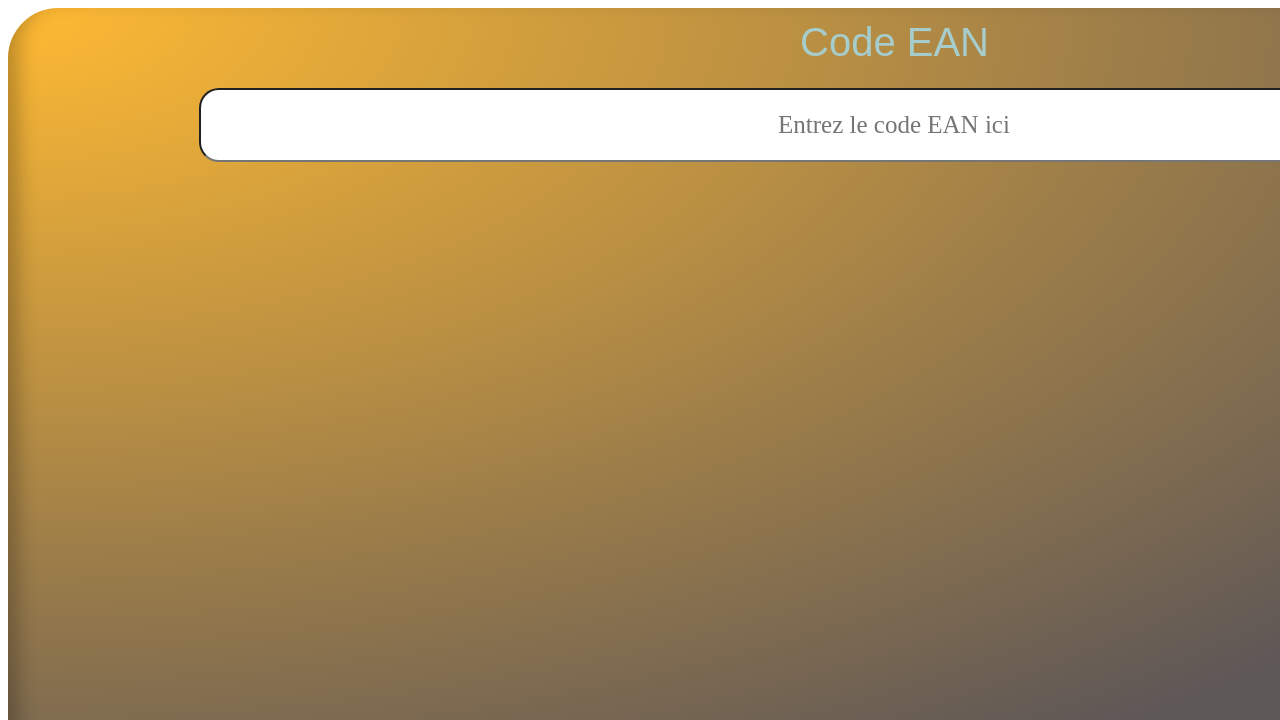
Repository: Zouz01/exo-toucan
Page: index.html
The author's editor kept a copy of each file at every save. The page is drawn from the files as they stood at one save, then again after the next save.
The browser window is 1280 px wide. The pictures show the whole page.

Above is the page before, as saved 2023-09-21 11:29:48.

After the next save:
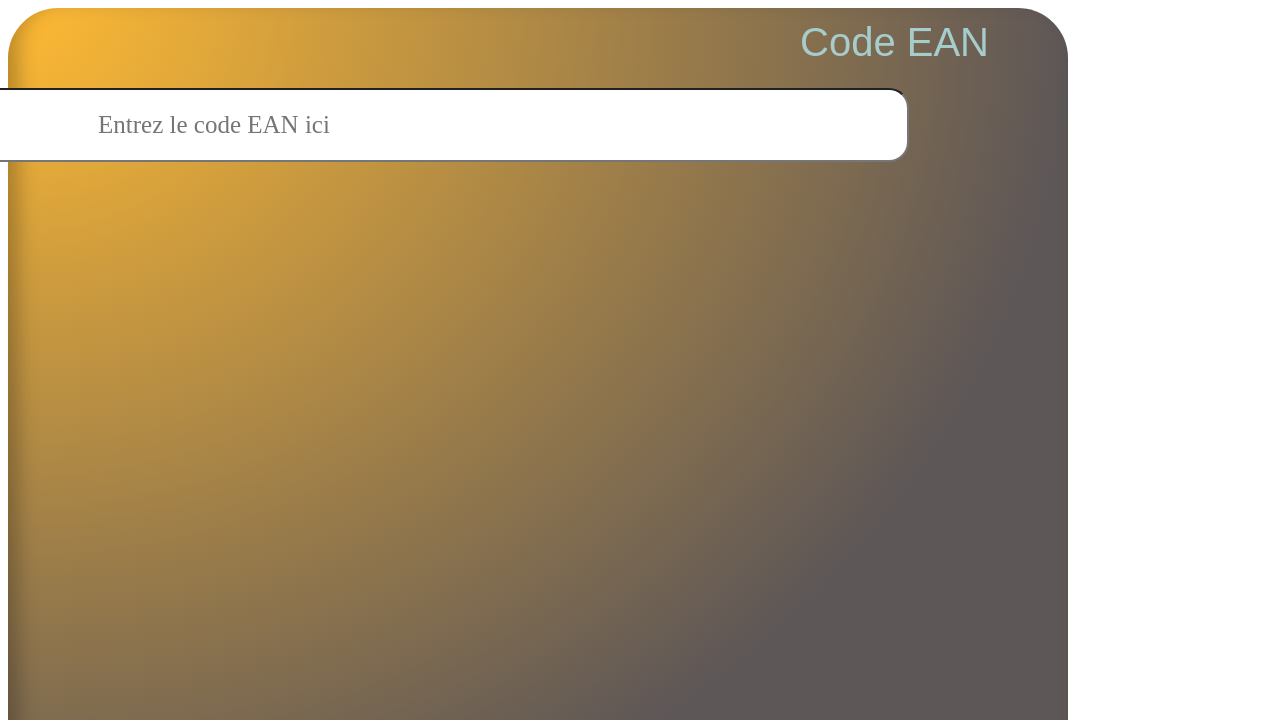
Saved 4 s later.
--- a/main.css
+++ b/main.css
@@ -95,7 +95,7 @@ button[type="submit"] {
 /* styles pour les écrans plus grands */
 @media (min-width: 900px) {
      .container {
-        width: 1860px;
+        width: 1060px;
         height: 900px;
      }
         button[type="submit"] {
